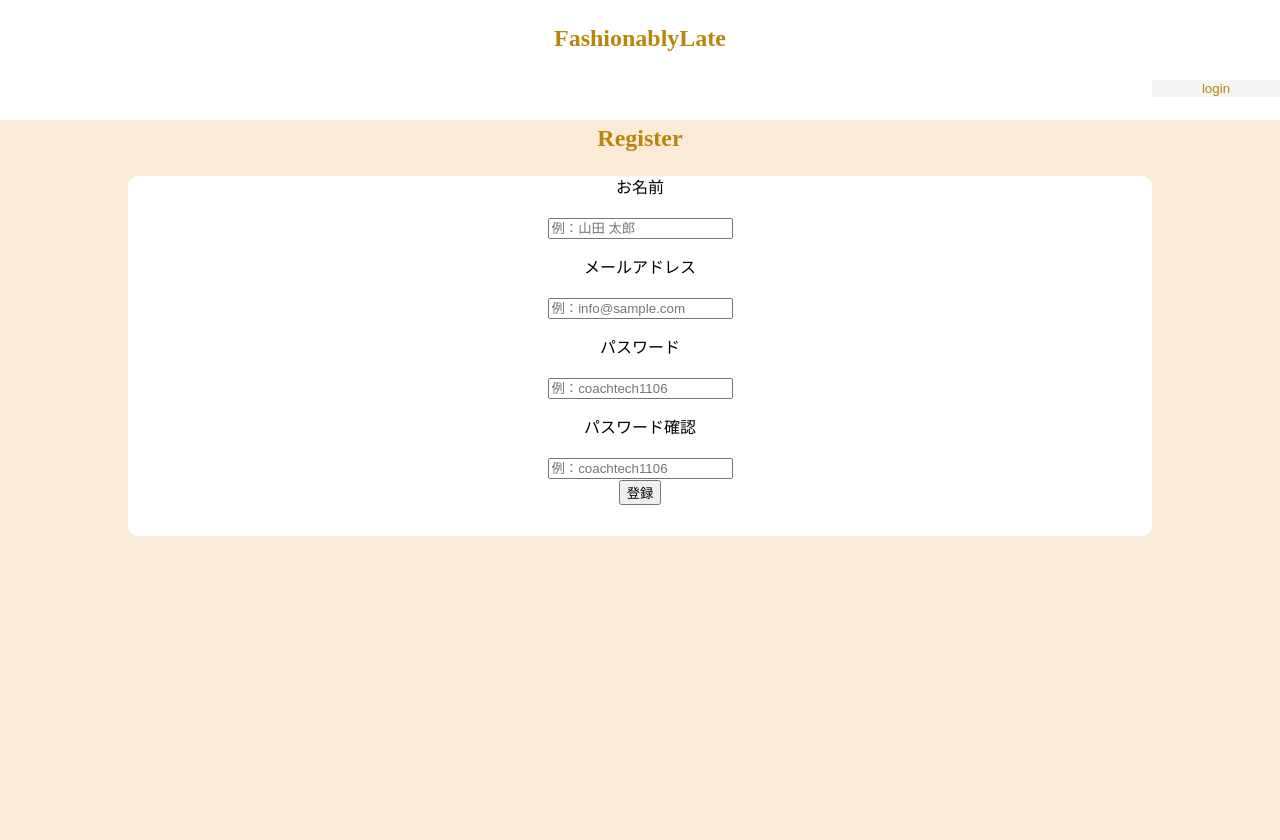
Repository: tokisiro/test-form
Page: http://localhost/register
The author's editor kept a copy of each file at every save. The page is drawn from the files as they stood at one save, then again after the next save.
The browser window is 1280 px wide. The pictures show the whole page.
The page is served by the project's Laravel application, run on PHP 8.4 with Laravel 8. A made-up administrator, Test User (test@example.com), is signed in.

Above is the page before, as saved 2025-05-07 21:05:56.

After the next save:
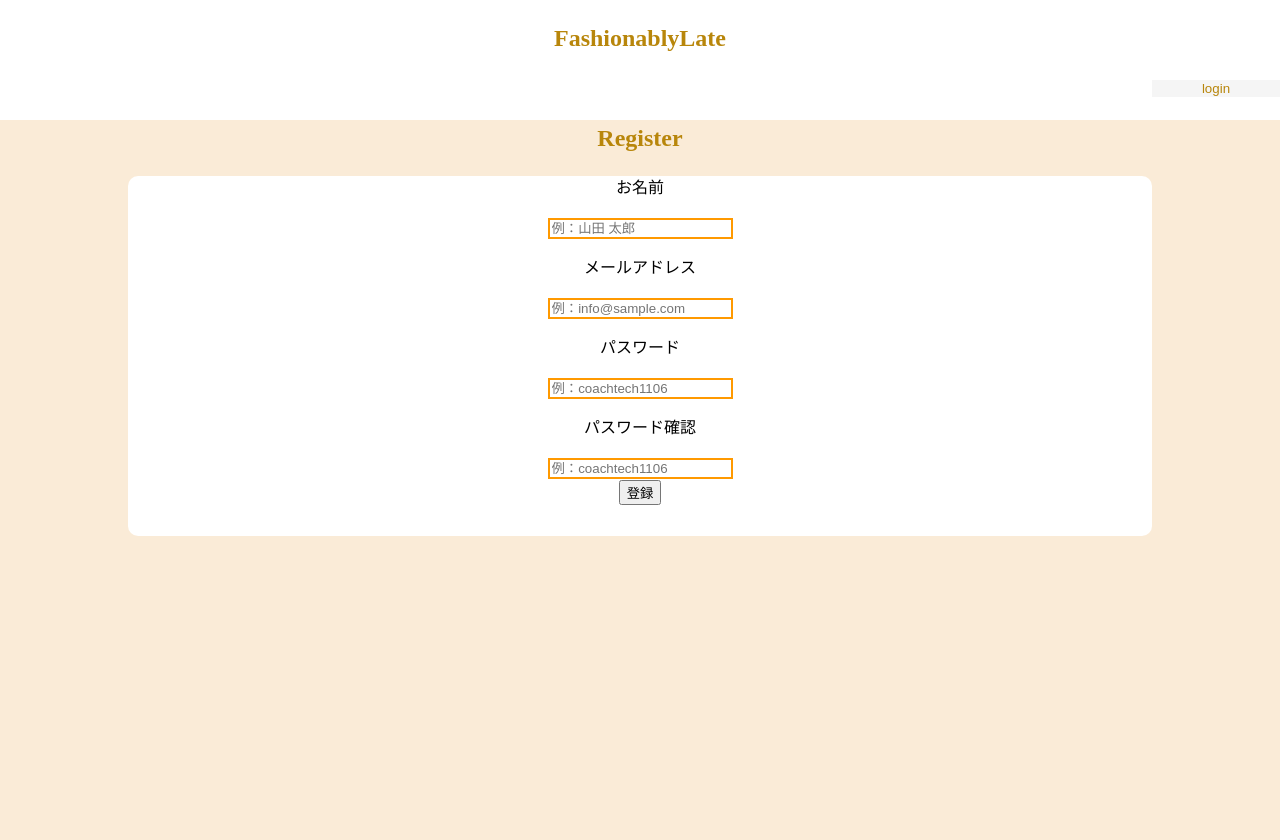
Saved 5 s later.
--- a/src/public/css/register.css
+++ b/src/public/css/register.css
@@ -58,5 +58,7 @@
 
 }
 input{
-
+    border: 2px solid #ff9900;
+        z-index: 10;
+        outline: 0;
 }
